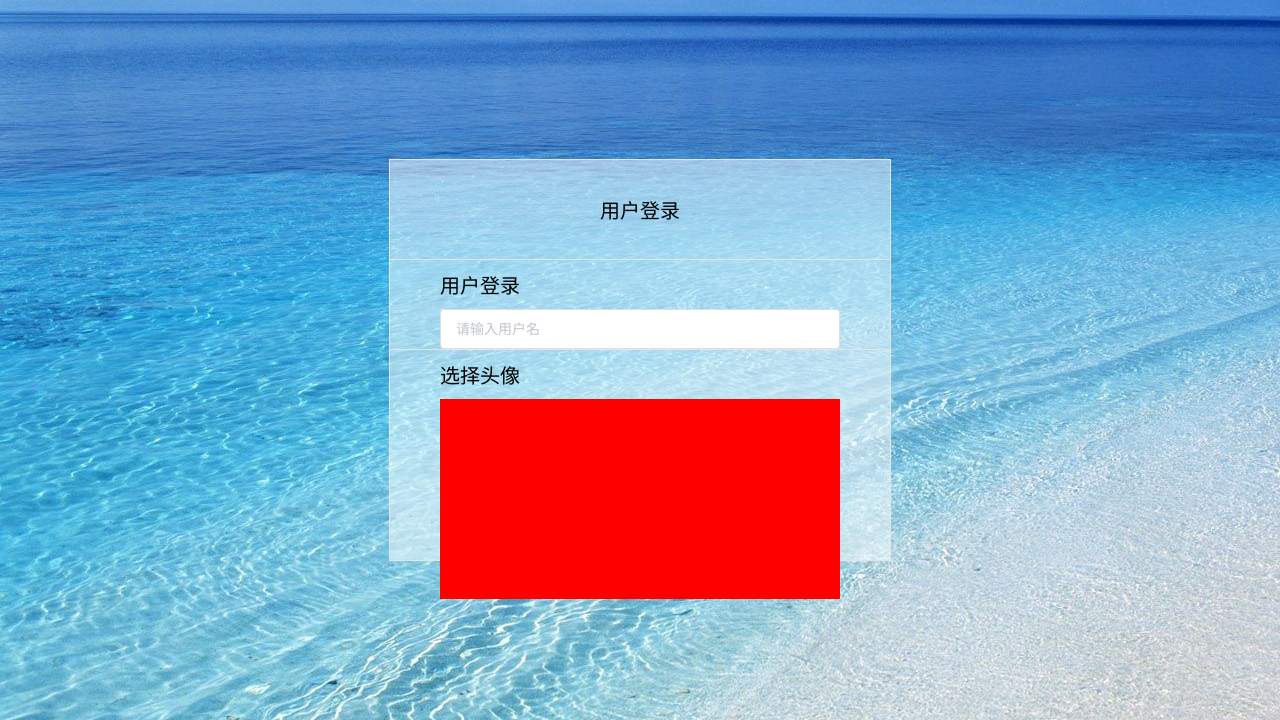
Repository: jinggegeZ/livechat
Page: /login
The author's editor kept a copy of each file at every save. The page is drawn from the files as they stood at one save, then again after the next save.
The browser window is 1280 px wide. The pictures show the whole page.
The project was rebuilt for these pictures with package versions that can differ from the ones it lists, and the page was loaded fresh each time. Also part of the build but not shown: src/views/Home.vue.

Above is the page before, as saved 2020-08-17 15:17:43.

### src/main.js
import Vue from 'vue'
import App from './App.vue'
import router from './router'
import store from './store'
import ElementUI from 'element-ui';
import 'element-ui/lib/theme-chalk/index.css';

Vue.config.productionTip = false
Vue.use(ElementUI);
new Vue({
  router,
  store,
  render: h => h(App)

}).$mount('#app')

### src/App.vue
<template>
  <div id="app">

    <router-view/>
  </div>
</template>

<style lang="scss">
@import'../src/style/commoent'

</style>

### src/router/index.js
import Vue from 'vue'
import VueRouter from 'vue-router'
import Home from '../views/Home.vue'

Vue.use(VueRouter)

  const routes = [
  {
    path: '/',
    name: 'Home',
    component: Home
  },
  {
    path: '/login',
    name: 'login',
    component: () => import('../views/login.vue')
  }
]

const router = new VueRouter({
  mode: 'history',
  base: process.env.BASE_URL,
  routes
})

export default router

### src/style/commoent.css
*{
    margin: 0;
    padding: 0;
  }
  html {
    width: 100%;
    height: 100%;
  }
  #app {
    width: 100%;
    height: 100%;
  }
  body {
    width: 100%;
    height: 100%;
  }

### src/views/login.vue
<template>
  <div class="content">
    <div class="content-c">
      <div class="loginbox">
        <div class="username">用户登录</div>
        <!-- 用户登录 -->
        <div class="username1">用户登录</div>
        <!-- 用户名 -->
        <div class="input">
          <div class="inputbox">
            <el-input v-model="username" placeholder="请输入用户名"></el-input>
          </div>
        </div>
        <!-- 选择头像 -->
        <div class="username1">选择头像</div>
        <!-- 选择头像 -->
        <div class="imgbox">
          <div class="imgbox1"></div>
        </div>
      </div>
    </div>
  </div>
</template>

<script>
export default {
  name: "",
  props: {},
  components: {},
  data() {
    return {
      username: "",
    };
  },
  methods: {},
  mounted() {},
  watch: {},
  computed: {},
};
</script>

<style scoped>
.content {
  width: 100%;
  height: 100%;
  display: flex;
  justify-content: center;
  align-items: center;
  background: url("../../public/image/02a28d595dea30839eeaa0fdd15dfce2.jpg")
    no-repeat;
  font-size: 20px;
}
.content-c {
  width: 100%;
  display: flex;
  justify-content: center;
  align-items: center;
}
.loginbox {
  width: 500px;
  height: 400px;
  border: 1px solid rgb(228, 228, 228);
  background: rgba(255, 255, 255, 0.5);
}
.username {
  width: 100%;
  height: 99px;
  display: flex;
  justify-content: center;
  align-items: center;
  border-bottom: 1px solid rgb(228, 228, 228);
}
.username1 {
  width: 100%;
  height: 49px;
  display: flex;
  justify-content: flex-start;
  align-items: center;
  margin-left: 50px;
}
.input {
  width: 100%;
  display: flex;
  justify-content: center;
  align-items: center;
  border-bottom: 1px solid rgb(228, 228, 228);
}
.inputbox {
  width: 80%;
}
.imgbox {
  width: 100%;
  display: flex;
  justify-content: center;
}
.imgbox1 {
  width: 80%;
  height: 200px;
  background:red;
}
</style>

Loaded but not shown: public/index.html (common file); src/store/index.js (common file)

After the next save:
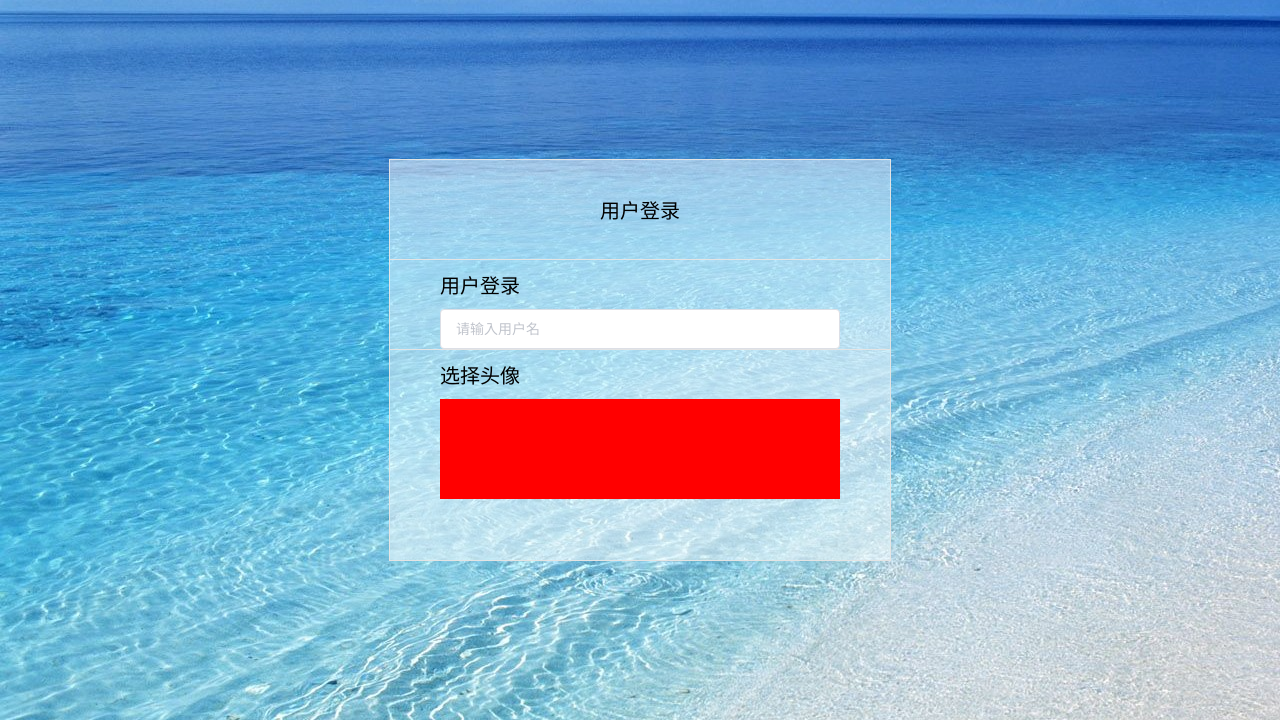
Saved 8 s later.
--- a/src/views/login.vue
+++ b/src/views/login.vue
@@ -95,7 +95,7 @@ export default {
 }
 .imgbox1 {
   width: 80%;
-  height: 200px;
+  height: 100px;
   background:red;
 }
 </style>
